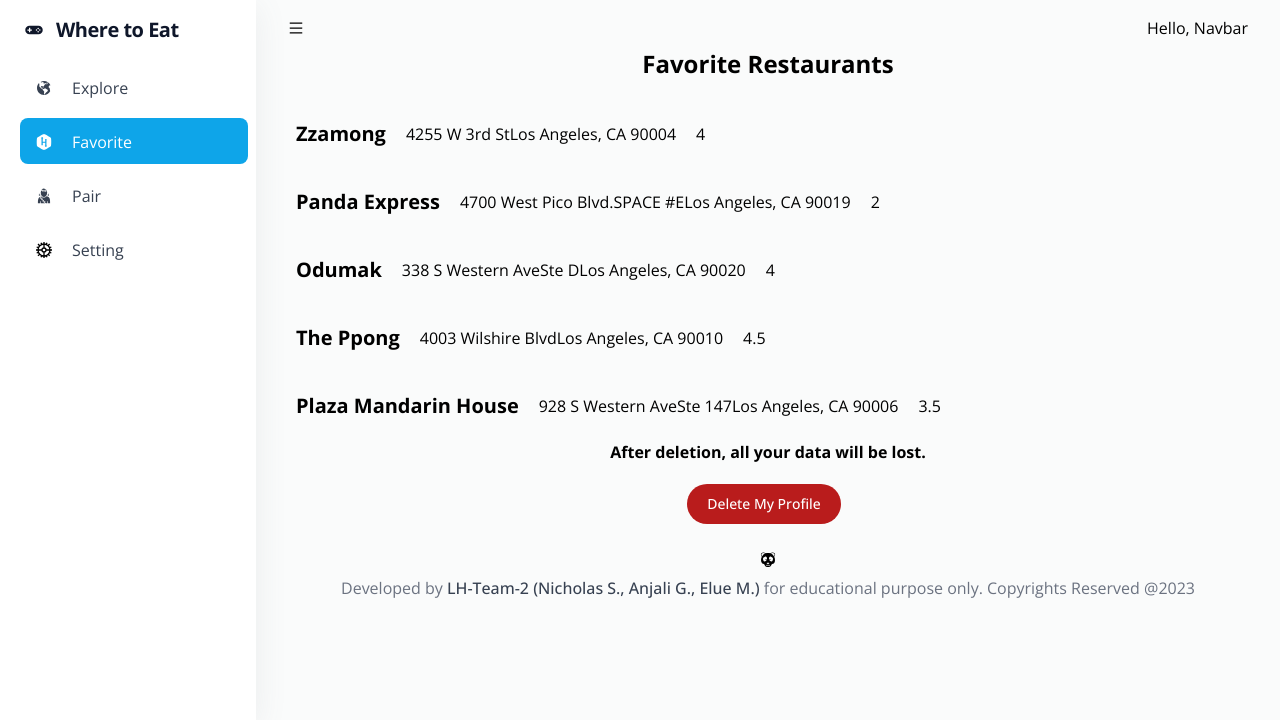
Repository: n-shen/where-to-eat
Page: /favorite (app in client/)
These files come from the project's save history. The page is drawn as it stood at one moment and after the next save; the edit follows.
The browser window is 1280 px wide. The pictures show the whole page.
The page's requests for data from a server got no answer. The project was rebuilt for these pictures with package versions that can differ from the ones it lists, and the page was loaded fresh each time. No one was signed in, and anything a server would have sent is missing. Also part of the build but not shown: client/src/data/cities.js, client/src/components/SearchForm.jsx, client/src/components/SearchResult.jsx, client/src/components/room.jsx, client/src/components/Room/Chat.jsx, client/src/components/Room/Selection.jsx, client/src/components/Room/Intro.jsx, client/src/components/Room/Game.jsx and 5 more.

Above is the page before, as saved 2023-05-05 19:55:04.

### client/src/index.js
import React from "react";
import ReactDOM from "react-dom/client";
import "./index.css";
import App from "./App";
import { ContextProvider } from "./contexts/ContextProvider";

const root = ReactDOM.createRoot(document.getElementById("root"));
root.render(
  <ContextProvider>
    <App />
  </ContextProvider>
);

### client/src/index.css
@import url('https://fonts.googleapis.com/css2?family=Open+Sans:wght@400;500;600;700&display=swap');

body {
  margin: 0;
  padding:0;
  font-family: "Open Sans", sans-serif;
}

@tailwind base;
@tailwind components;
@tailwind utilities;

### client/src/App.js
import React, { useEffect } from "react";
import { BrowserRouter, Routes, Route } from "react-router-dom";

import { Navbar, Sidebar, RoomPage } from "./components";
import {Favorite, Home} from "./pages";

import { useStateContext } from "./contexts/ContextProvider";
import "./App.css";

// import axios from "axios";

function App() {
  const { shared_info, activeMenu } = useStateContext();

  // const baseURL = shared_info.baseURL;

  return (
      <div>
        <BrowserRouter>
          <div className="flex relative dark:bg-main-dark-bg">
            {activeMenu ? (
                <div className="w-64 fixed sidebar dark:bg-secondary-dark-bg bg-white">
                  <Sidebar />
                </div>
            ) : (
                <div className="w-0 dark:bg-secondary-dark-bg">
                  <Sidebar />
                </div>
            )}

            <div
                className={`dark:bg-main-bg bg-main-bg min-h-screen w-full ${
                    activeMenu ? "md:ml-64" : " flex-2"
                }`}
            >
              <div className="fixed md:static bg-main-bg dark:bg-main-dark-bg navbar w-full">
                <Navbar />
              </div>

              <div>
                <Routes>
                  <Route path="/" element={<Home />}></Route>
                  <Route path="/favorite" element={<Favorite />}></Route>
                  <Route path="/room" element={<RoomPage />}></Route>
                </Routes>
              </div>
            </div>
          </div>
        </BrowserRouter>
      </div>
  );
}

export default App;

### client/src/contexts/ContextProvider.jsx
import React, { createContext, useContext, useState } from "react";
import { io } from "socket.io-client";

const StateContext = createContext();

const shared_info = {
  serverURL: "http://localhost:8080",
  apiURL: "http://localhost:8080/api/v1",
};

const socket = io(shared_info.serverURL);

export const ContextProvider = ({ children }) => {
  const [screenSize, setScreenSize] = useState(undefined);
  const [activeMenu, setActiveMenu] = useState(true);
  const [userProfile, setUserProfile] = useState(undefined);
  const [gameBegin, setGameBegin] = useState(false);
  const [gameIntroBegin, setGameIntroBegin] = useState(false);
  const [selectionBegin, setSelectionBegin] = useState(false);
  const [waiting, setWaiting] = useState(false);
  const [partnerReady, setPartnerReady] = useState(false);
  const [partnerAction, setPartnerAction] = useState("");
  const [displayCross, setDisplayCross] = useState(false);
  const [displayFinal, setDisplayFinal] = useState("");

  const [localStore, setLocalStore] = useState(null);

  const [queryResults, setQueryResults] = useState(null);

  return (
    <StateContext.Provider
      value={{
        socket,
        shared_info,
        userProfile,
        setUserProfile,
        activeMenu,
        setActiveMenu,
        screenSize,
        setScreenSize,
        selectionBegin,
        setSelectionBegin,
        waiting,
        setWaiting,
        gameIntroBegin,
        setGameIntroBegin,
        gameBegin,
        setGameBegin,
        partnerReady,
        setPartnerReady,
        partnerAction,
        setPartnerAction,
        displayCross,
        setDisplayCross,
        displayFinal,
        setDisplayFinal,
        queryResults,
        setQueryResults,
        localStore,
        setLocalStore,
      }}
    >
      {children}
    </StateContext.Provider>
  );
};

export const useStateContext = () => useContext(StateContext);

### client/src/components/index.js
export { default as Navbar } from "./Navbar";
export { default as Sidebar } from "./Sidebar";
export { default as Footer } from "./Footer";
export { default as SearchForm } from "./SearchForm";
export { default as SearchResult } from "./SearchResult";
export { default as RoomPage } from "./room";
export { default as Room } from "./Room/Room";

### client/src/pages/index.jsx
export { default as Home } from "./Home";
export { default as Favorite } from "./Favorite";

### client/src/App.css
.sidebar {
  box-shadow: rgb(113 122 131 / 11%) 0px 7px 30px 0px;
}
.nav-item,
.navbar {
  z-index: 10000;
}
@media  screen and (max-width:800px) {
  .sidebar{
    z-index: 10000000;
  }
}

.e-dlg-center-center, .e-quick-popup-wrapper.e-device{
  z-index: 1000000 !important;
}

::-webkit-scrollbar {
  width: 6px;
}
::-webkit-scrollbar-thumb {
  background-color: rgb(216, 216, 216);
  border-radius: 40px;
}
::-webkit-scrollbar-track {
  background-color: transparent;
}

/* color-picker style  */

#preview {
  background: transparent
  url('https://ej2.syncfusion.com/react/demos/src/color-picker/images/pen.png')
  no-repeat;
  display: inline-block;
  height: 80px;
  margin: 10px 0;
  min-width: 300px;
  max-width: 600px;
  background-color: #008000;
}

.e-input-group:not(.e-float-icon-left), .e-input-group.e-success:not(.e-float-icon-left), .e-input-group.e-warning:not(.e-float-icon-left), .e-input-group.e-error:not(.e-float-icon-left), .e-input-group.e-control-wrapper:not(.e-float-icon-left), .e-input-group.e-control-wrapper.e-success:not(.e-float-icon-left), .e-input-group.e-control-wrapper.e-warning:not(.e-float-icon-left), .e-input-group.e-control-wrapper.e-error:not(.e-float-icon-left){
  border: none;
}

### client/src/components/Navbar.jsx
import React, { useEffect } from "react";
import { useStateContext } from "../contexts/ContextProvider";
import { AiOutlineMenu } from "react-icons/ai";

const Navbar = () => {
    const { activeMenu, setActiveMenu, setScreenSize, screenSize, userProfile } =
        useStateContext();

    useEffect(() => {
        const handleResize = () => setScreenSize(window.innerWidth);

        window.addEventListener("resize", handleResize);

        handleResize();

        return () => window.removeEventListener("resize", handleResize);
    }, [setScreenSize]);

    useEffect(() => {
        if (screenSize <= 900) {
            setActiveMenu(false);
        } else {
            setActiveMenu(true);
        }
    }, [screenSize, setScreenSize, setActiveMenu]);

    const handleActiveMenu = () => setActiveMenu(!activeMenu);

    return (
        <div className="mt-2 flex justify-between p-2 md:ml-6 md:mr-6 relative">
            <button onClick={handleActiveMenu}>
                <AiOutlineMenu />
            </button>
            <div>
                <p className={screenSize >= 900 ? "" : "text-xs"}>Hello, Navbar</p>
                {userProfile && (
                    <div className="flex items-center gap-2 p-1 rounded-lg text-right">
                        <p className={screenSize >= 900 ? "" : "text-xs"}>
                            <span className="text-gray-400 text-14">Hi,</span>{" "}
                            <span className="text-gray-400 font-bold ml-1 text-14">
                {userProfile["name"]}
              </span>{" "}
                            <span className="text-gray-400 text-14">from</span>
                            <span className="text-gray-400 font-bold ml-1 text-14">
                {userProfile["city"]}
              </span>{" "}
                        </p>
                    </div>
                )}
            </div>
        </div>
    );
};

export default Navbar;

### client/src/components/Sidebar.jsx
import React from "react";
import { Link, NavLink } from "react-router-dom";
import { GiEarthAmerica, GiFrankensteinCreature } from "react-icons/gi";
import { GrSettingsOption } from "react-icons/gr";
import { IoLogoGameControllerA } from "react-icons/io";
import { FaHackerrank } from "react-icons/fa";
import { MdOutlineCancel } from "react-icons/md";
import { useStateContext } from "../contexts/ContextProvider";

const Sidebar = () => {
    const { activeMenu, setActiveMenu, screenSize } = useStateContext();

    const handleCloseSideBar = () => {
        if (activeMenu !== undefined && screenSize <= 900) {
            setActiveMenu(false);
        }
    };

    const activeLink =
        "flex items-center gap-5 pl-4 pt-3 pb-2.5 rounded-lg text-white text-md m-2 bg-sky-500/100";
    const normalLink =
        "flex items-center gap-5 pl-4 pt-3 pb-2.5 rounded-lg text-md text-gray-700 dark:text-gray-200 dark:hover:text-black hover:bg-light-gray m-2";

    return (
        <div className="ml-3 h-screen md:overflow-hidden overflow-auto md:hover:overflow-auto pb-10">
            {activeMenu && (
                <>
                    <div className="flex justify-between items-center">
                        <Link
                            to="/"
                            onClick={handleCloseSideBar}
                            className="items-center gap-3 ml-3 mt-4 flex text-xl font-extrabold tracking-tight dart:text-white text-slate-900"
                        >
                            <IoLogoGameControllerA />
                            <span>Where to Eat</span>
                        </Link>

                        <div>
                            <button
                                type="button"
                                onClick={() => setActiveMenu(!activeMenu)}
                                className="text-xl rounded-full p-3 hover:bg-light-gray mt-4 block md:hidden"
                            >
                                <MdOutlineCancel />
                            </button>
                        </div>
                    </div>
                    <div className="mt-5">
                        <NavLink
                            to="/"
                            key="Home"
                            onClick={handleCloseSideBar}
                            className={({ isActive }) => (isActive ? activeLink : normalLink)}
                        >
                            <GiEarthAmerica />
                            <span>Explore</span>
                        </NavLink>

                        <NavLink
                            to="/favorite"
                            key="Favorite"
                            onClick={handleCloseSideBar}
                            className={({ isActive }) => (isActive ? activeLink : normalLink)}
                        >
                            <FaHackerrank />
                            <span>Favorite</span>
                        </NavLink>

                        <NavLink
                            to="/room"
                            key="RoomPage"
                            onClick={handleCloseSideBar}
                            className={({ isActive }) => (isActive ? activeLink : normalLink)}
                        >
                            <GiFrankensteinCreature />
                            <span>Pair</span>
                        </NavLink>

                        <NavLink
                            to="/setting"
                            key="Setting"
                            onClick={handleCloseSideBar}
                            className={({ isActive }) => (isActive ? activeLink : normalLink)}
                        >
                            <GrSettingsOption />
                            <span>Setting</span>
                        </NavLink>
                    </div>
                </>
            )}
        </div>
    );
};

export default Sidebar;

### client/src/components/Footer.jsx
import React from "react";
import { GiPanda } from "react-icons/gi";

const Footer = () => {
    return (
        <div className="mt-5 mb-5 ">
            <div className="flex justify-center mb-2">
                <GiPanda />
            </div>

            <p className="text-center text-gray-500 dark:text-gray-400">
                Developed by{" "}
                <span className="font-medium text-gray-700 dark:text-blue-500 hover:no-underline">
          LH-Team-2 (Nicholas S., Anjali G., Elue M.)
        </span>{" "}
                for educational purpose only. Copyrights Reserved @2023
            </p>
        </div>
    );
};

export default Footer;

### client/src/pages/Favorite.jsx
import React, { useState } from "react";
import { useStateContext } from "../contexts/ContextProvider";
import { Footer } from "../components";
import axios from "axios";

export const restaurants = [
  {
    id: 1,
    name: "Zzamong",
    image:
      "https://s3-media2.fl.yelpcdn.com/bphoto/6AUVIwPCv8wCZ9FYeCfocw/o.jpg",
    address: ["4255 W 3rd St", "Los Angeles, CA 90004"],
    rating: "4",
  },
  {
    id: 2,
    name: "Panda Express",
    image:
      "https://s3-media4.fl.yelpcdn.com/bphoto/44dT6JEXkhMrtUcps1a5jw/o.jpg",
    address: ["4700 West Pico Blvd.", "SPACE #E", "Los Angeles, CA 90019"],
    rating: "2",
  },
  {
    id: 3,
    name: "Odumak",
    image:
      "https://s3-media1.fl.yelpcdn.com/bphoto/hKaezVO6_0F50RXmfH7WBQ/o.jpg",
    address: ["338 S Western Ave", "Ste D", "Los Angeles, CA 90020"],
    rating: "4",
  },
  {
    id: 4,
    name: "The Ppong",
    image:
      "https://s3-media3.fl.yelpcdn.com/bphoto/Li5i5N_Y7VwLTsJvLA2pKw/o.jpg",
    address: ["4003 Wilshire Blvd", "Los Angeles, CA 90010"],
    rating: "4.5",
  },
  {
    id: 5,
    name: "Plaza Mandarin House",
    image:
      "https://s3-media1.fl.yelpcdn.com/bphoto/1nVrf8ItPD0dF_97JGQEzw/o.jpg",
    address: ["928 S Western Ave", "Ste 147", "Los Angeles, CA 90006"],
    rating: "3.5",
  },
];

const Favorite = () => {
  const { shared_info, screenSize, userProfile } = useStateContext();
  const baseURL = shared_info.baseURL;

  return (
    <div className={screenSize >= 900 ? "mt-0" : "mt-16"}>
      <h1 className="text-center font-bold text-2xl mb-5">
        Favorite Restaurants
      </h1>
      <FavoriteList />
      <h2 className="text-center font-bold">
        After deletion, all your data will be lost.
      </h2>
      <div className="flex justify-center">
        <button
          type="button"
          className="mt-5 text-white bg-red-700 hover:bg-red-800 focus:outline-none focus:ring-4 focus:ring-red-300 font-medium rounded-full text-sm px-5 py-2.5 text-center mr-2 mb-2 dark:bg-red-600 dark:hover:bg-red-700 dark:focus:ring-red-900"
        >
          Delete My Profile
        </button>
      </div>

      <Footer />
    </div>
  );
};

export default Favorite;

export const FavoriteList = () => {
  return (
    // <div className="flex flex-col items-center justify-center">
      <ul className="flex flex-col items-start justify-center ml-5">
        {restaurants.map((restaurant, index) => (
          <li
            key={index}
            className="flex items-center justify-center gap-5 m-5"
          >
            <h2
              htmlFor={restaurant.name}
              className="text-xl font-bold text-center"
            >
              {restaurant.name}
            </h2>
            <p>{restaurant.address}</p>
            <p>{restaurant.rating}</p>
          </li>
        ))}
      </ul>
    // </div>
  );
};

### client/tailwind.config.js
/** @type {import('tailwindcss').Config} */
module.exports = {
    content: ["./src/**/*.{js,jsx,ts,tsx}"],
    darkMode: "class",
    theme: {
        fontFamily: {
            display: ["Open Sans", "sans-serif"],
            body: ["Open Sans", "sans-serif"],
        },
        extend: {
            fontSize: {
                14: "14px",
            },
            backgroundColor: {
                "main-bg": "#FAFBFB",
                "main-dark-bg": "#20232A",
                "secondary-dark-bg": "#33373E",
                "light-gray": "#F7F7F7",
                "half-transparent": "rgba(0, 0, 0, 0.5)",
            },
            borderWidth: {
                1: "1px",
            },
            borderColor: {
                color: "rgba(0, 0, 0, 0.1)",
            },
            width: {
                400: "400px",
                760: "760px",
                780: "780px",
                800: "800px",
                1000: "1000px",
                1200: "1200px",
                1400: "1400px",
            },
            height: {
                80: "80px",
            },
            minHeight: {
                590: "590px",
            },
        },
    },
    plugins: [],
};

Loaded but not shown: client/public/index.html (common file)

After the next save:
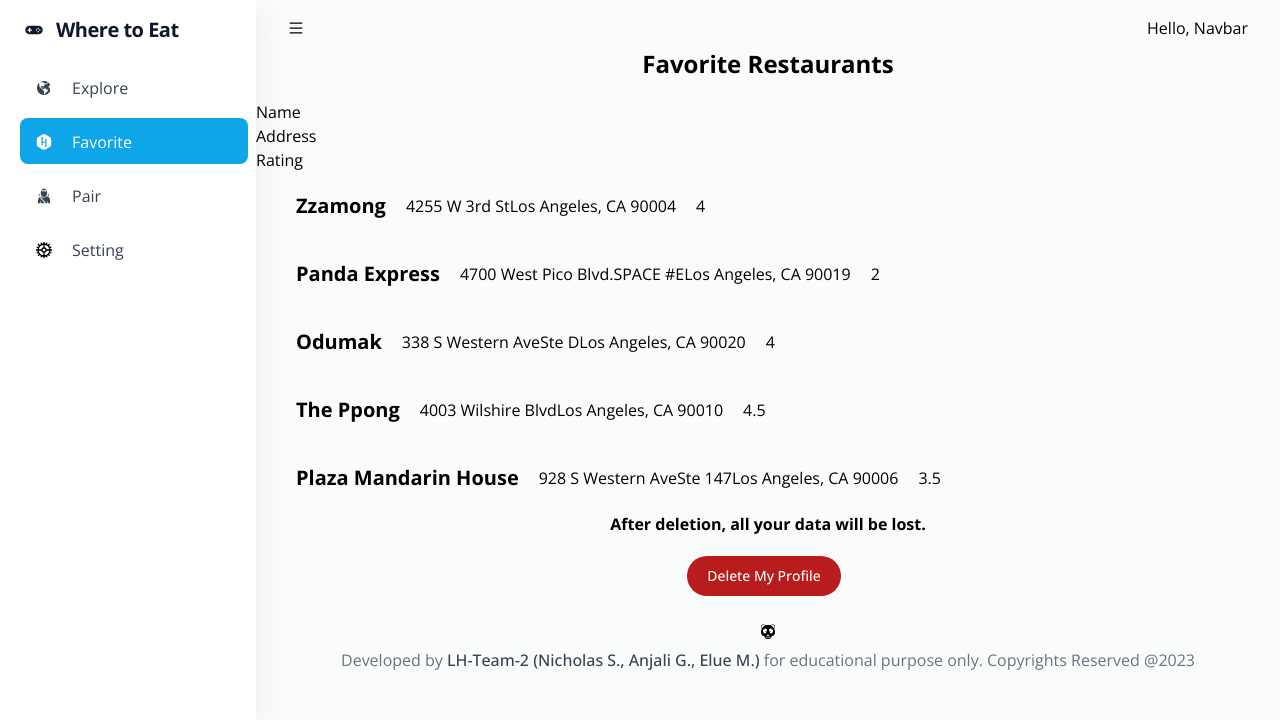
Saved 2 min 1 s later.
--- a/client/src/pages/Favorite.jsx
+++ b/client/src/pages/Favorite.jsx
@@ -77,7 +77,10 @@
 
 export const FavoriteList = () => {
   return (
-    // <div className="flex flex-col items-center justify-center">
+    <div className="">
+      <h2>Name</h2>
+      <h2>Address</h2>
+      <h2>Rating</h2>
       <ul className="flex flex-col items-start justify-center ml-5">
         {restaurants.map((restaurant, index) => (
           <li
@@ -95,6 +98,6 @@
           </li>
         ))}
       </ul>
-    // </div>
+   </div>
   );
 };
